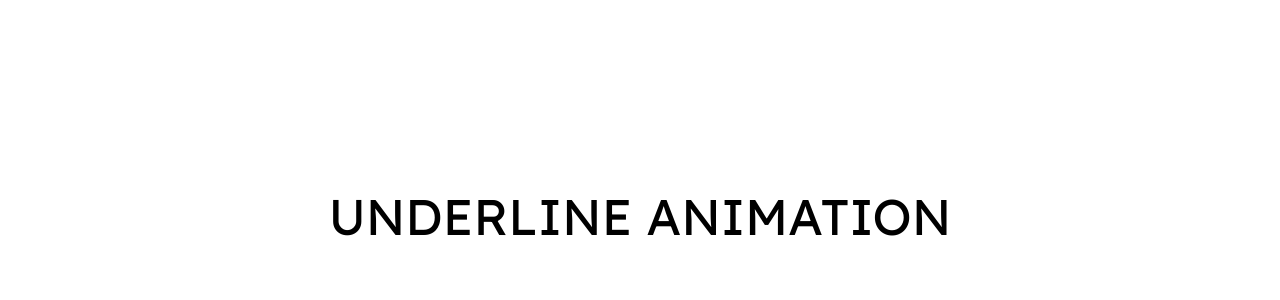
Repository: javals243/Reusable-component
Page: /
These files come from the project's save history. The page is drawn as it stood at one moment and after the next save; the edit follows.
The browser window is 1280 px wide. The pictures show the whole page.
The project was rebuilt for these pictures with package versions that can differ from the ones it lists, and the page was loaded fresh each time. The framework's server and built-in components were replaced by stand-ins that run in the browser. Also part of the build but not shown: next.config.js, components/MasonryLayout/MansonryLayout.tsx, components/ProductCard/ProductCard.tsx.

Above is the page before, as saved 2023-01-03 10:48:03.

### pages/index.tsx
import Head from 'next/head'
import Image from 'next/image'
import { Inter } from '@next/font/google'
import styles from '../styles/Home.module.css'
import { MansonryLayout, ProductCard, UnderlineAnimation } from '../components'


const inter = Inter({ subsets: ['latin'] })

export default function Home() {
  return (
    <>
    {/* <MansonryLayout/> */}
    {/* <ProductCard/> */}
    <UnderlineAnimation/>
    </>
  )
}

### styles/globals.css
@import url('https://fonts.googleapis.com/css2?family=Readex+Pro:wght@200;300;400;500;600&display=swap');
@layer base {
    body {
        font-family: 'Readex Pro', sans-serif;
    }
}

@tailwind base;
@tailwind components;
@tailwind utilities;
@layer components {
    .card {
        @apply bg-white text-gray-700 w-72 min-h-[10rem] shadow-lg rounded-md overflow-hidden
    }
    .badge {
        @apply px-3 py-1 rounded-full text-xs bg-gray-100
    }
    .product-title {
        @apply font-semibold text-2xl overflow-ellipsis overflow-hidden whitespace-nowrap
    }
    .discount-percent {
        @apply bg-green-400 px-1.5 py-0.5 rounded-md text-xs text-white
    }
    .button-primary{
      @apply bg-yellow-500/80 hover:bg-yellow-500/90 rounded-md px-6 py-2 text-white font-medium tracking-wide transition
    }

}

### components/index.ts
export * from "./MasonryLayout/MansonryLayout"
export * from "./ProductCard/ProductCard"
export * from "./UnderlineAnimation/UnderlineAnimation"

### components/UnderlineAnimation/UnderlineAnimation.tsx
import React from 'react'
import styles from '../../styles/Home.module.css'

function UnderlineAnimation() {
  return (
    <div className="flex h-[60vh]   justify-center items-center">
      <a href="" className={styles.underlineAnimation}>
        Underline Animation
      </a>
    </div>
  );
}

export  {UnderlineAnimation}

### styles/Home.module.css
.underlineAnimation {
    font-size: 50px;
    text-decoration: none;
    position: relative;
    text-transform: uppercase;
    color: #000;
}

.underlineAnimation::after {
    content: "";
    display: block;
    position: absolute;
    bottom: 0;
    height: 2px;
    width: 100%;
    border-radius: 9999px;
    transform: scaleX(0);
    transition: transform 0.4s ease-in-out;
}

.underlineAnimation:hover::after {
    transform: scaleX(1);
}

### tailwind.config.js
/** @type {import('tailwindcss').Config} */
module.exports = {
    content: [
        "./pages/**/*.{js,ts,jsx,tsx}",
        "./components/**/*.{js,ts,jsx,tsx}",
    ],
    theme: {
        extend: {},
    },
    plugins: [],
}

Loaded but not shown: pages/_app.tsx (common file); pages/_document.tsx (common file)

After the next save:
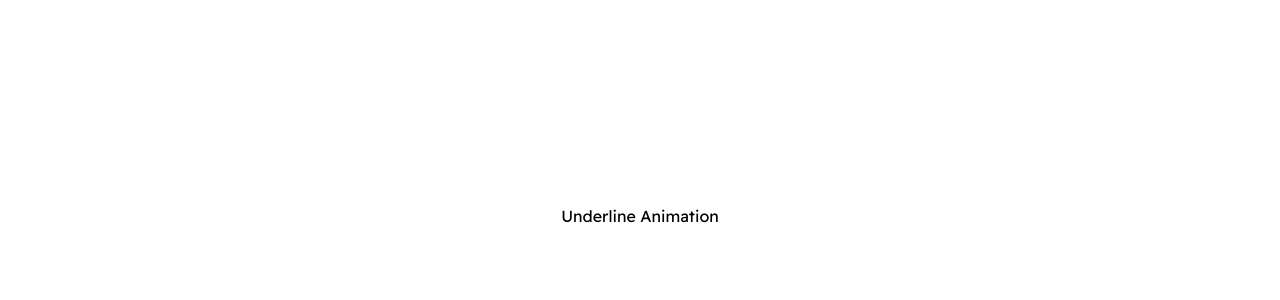
Saved 43 s later.
--- a/styles/Home.module.css
+++ b/styles/Home.module.css
@@ -1,4 +1,4 @@
-.underlineAnimation {
+.a {
     font-size: 50px;
     text-decoration: none;
     position: relative;

After the save that followed:
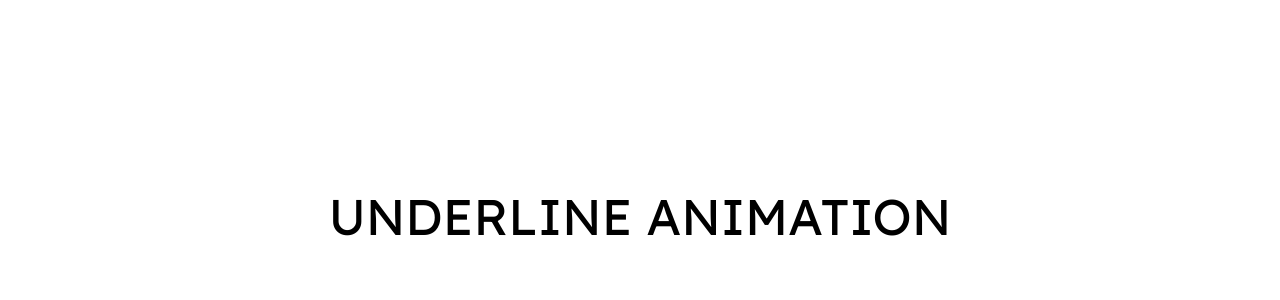
Saved 12 s later.
--- a/styles/Home.module.css
+++ b/styles/Home.module.css
@@ -1,4 +1,4 @@
-.a {
+a {
     font-size: 50px;
     text-decoration: none;
     position: relative;
